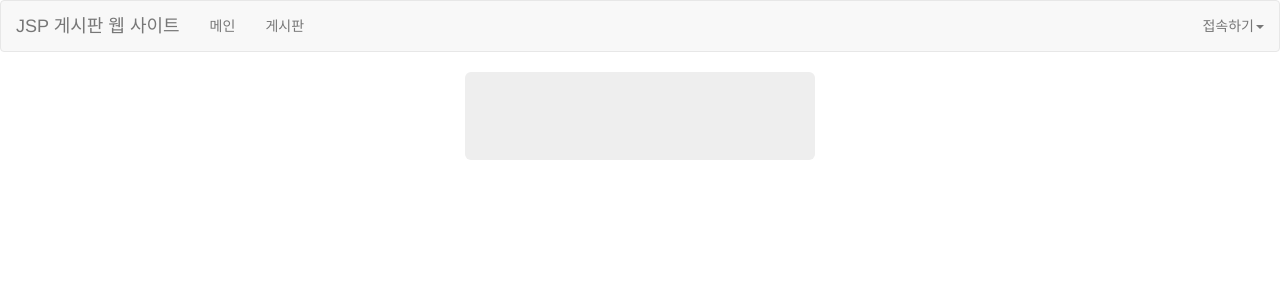
Repository: winter9388/JSP_BBS
Page: http://localhost/BBS/bbs.jsp
The author's editor kept a copy of each file at every save. The page is drawn from the files as they stood at one save, then again after the next save.
The browser window is 1280 px wide. The pictures show the whole page.
Some web libraries are served in a nearby version. The page is served by Tomcat 9. Other server files are loaded and not shown.

Above is the page before, as saved 2022-08-11 03:45:53.

### BBS/src/main/webapp/bbs.jsp
<%@ page language="java" contentType="text/html; charset=UTF-8"
    pageEncoding="UTF-8"%>
<!DOCTYPE html>
<html>
<head>
<meta charset="UTF-8">
<meta name="viewport" content="width=device-width", initial-scale="1">
<link rel="stylesheet" href="css/bootstrap.css">
<title>JSP 게시판 웹 사이트</title>
</head>
<body>
	<nav class="navbar navbar-default">
		<div class="navbar-header">
			<button type="button" class="navbar-toggle collapsed"
				data-toggle="collpse" data-target="#bs-example-navbar-collapse-1"
				aria-expanded="false">
				<span class="icon-bar"></span>
				<span class="icon-bar"></span>
				<span class="icon-bar"></span>
			</button>
			<a class="navbar-brand" href="main.jsp">JSP 게시판 웹 사이트</a>
		</div>
		<div class="collapse navbar-collapse" id="bs-example-navbar-collapse-1">
			<ul class="nav navbar-nav">
				<li><a href="main.jsp">메인</a></li>
				<li><a href="bbs.jsp">게시판</a></li>
			</ul>
			<ul class="nav navbar-nav navbar-right">
				<li class="dropdown">
					<a href="#" class="dropdown-toggle"
						data-toggle="dropdown" role="button" aria-haspopup="true"
						aria-expanded="false">접속하기<span class="caret"></span></a>
					<ul class="dropdown-menu">
						<li class="active"><a href="login.jsp">로그인</a></li>
						<li><a href="join.jsp">회원가입</a></li>
					</ul>
				</li>
			</ul>
		</div>
	</nav>
	<div class="container">
		<div class="col-lg-4"></div>
		<div class="col-lg-4">
			<div class="jumbotron" style="padding-top: 20px">
				<form method="post" action="loginAction.jsp">
					<h3 style="text-align: center"></h3>
				</form>
			</div>
		</div>
		<div class="col-lg-4"></div>
	</div>

	<script src="https://code.jquery.com/jquery-3.1.1.min.js"></script>
	<script src="js/bootstrap.js"></script>
</body>
</html>

Loaded but not shown: BBS/src/main/webapp/css/bootstrap.css (library); BBS/src/main/webapp/js/bootstrap.js (library)

After the next save:
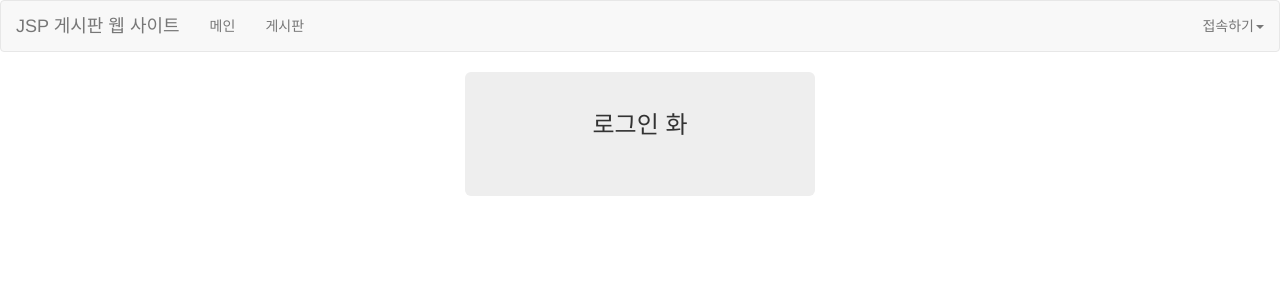
Saved 16 s later.
--- a/BBS/src/main/webapp/bbs.jsp
+++ b/BBS/src/main/webapp/bbs.jsp
@@ -43,7 +43,7 @@
 		<div class="col-lg-4">
 			<div class="jumbotron" style="padding-top: 20px">
 				<form method="post" action="loginAction.jsp">
-					<h3 style="text-align: center"></h3>
+					<h3 style="text-align: center;">로그인 화</h3>
 				</form>
 			</div>
 		</div>
